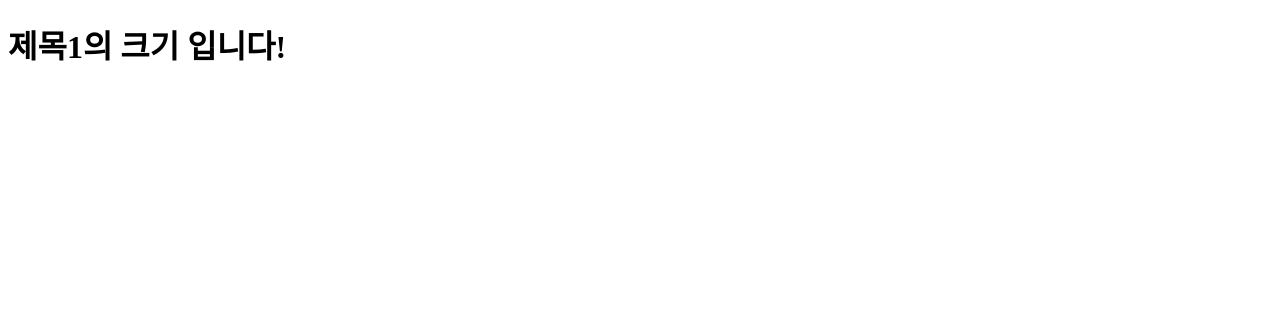
Repository: JaeHyun-Ban/GB_java
Page: TCP_HTML/WebContent/html02_05.html
An editor plug-in stored every save of this project. The page is shown before and after the next save, followed by the edit.
The browser window is 1280 px wide. The pictures show the whole page.

Above is the page before, as saved 2020-08-26 06:13:15.

### TCP_HTML/WebContent/html02_05.html
<!DOCTYPE html>
<html>
<head>
<meta charset="UTF-8">
<title>Insert title here</title>
</head>
<body>
	<h1>제목1의 크기 입니다!</h1>
	<h2></h2>


</body>
</html>

After the next save:
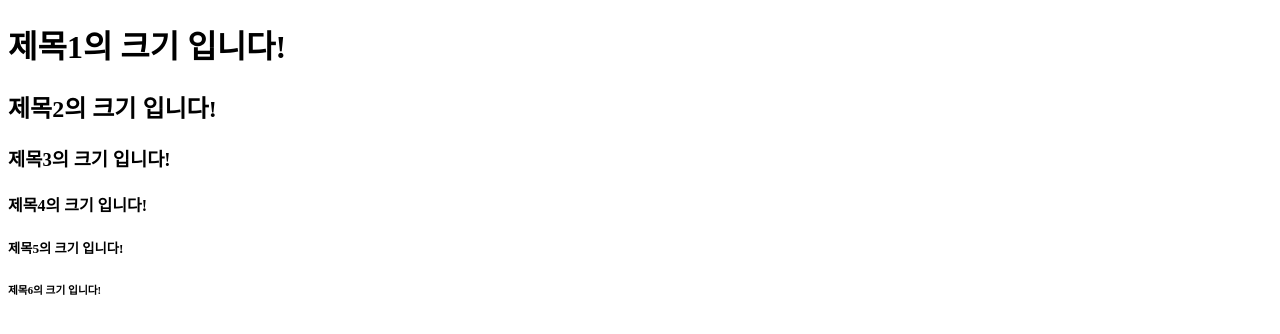
Saved 40 s later.
--- a/TCP_HTML/WebContent/html02_05.html
+++ b/TCP_HTML/WebContent/html02_05.html
@@ -6,8 +6,10 @@
 </head>
 <body>
 	<h1>제목1의 크기 입니다!</h1>
-	<h2></h2>
-
-
+	<h2>제목2의 크기 입니다!</h2>
+	<h3>제목3의 크기 입니다!</h3>
+	<h4>제목4의 크기 입니다!</h4>
+	<h5>제목5의 크기 입니다!</h5>
+	<h6>제목6의 크기 입니다!</h6>
 </body>
 </html>
